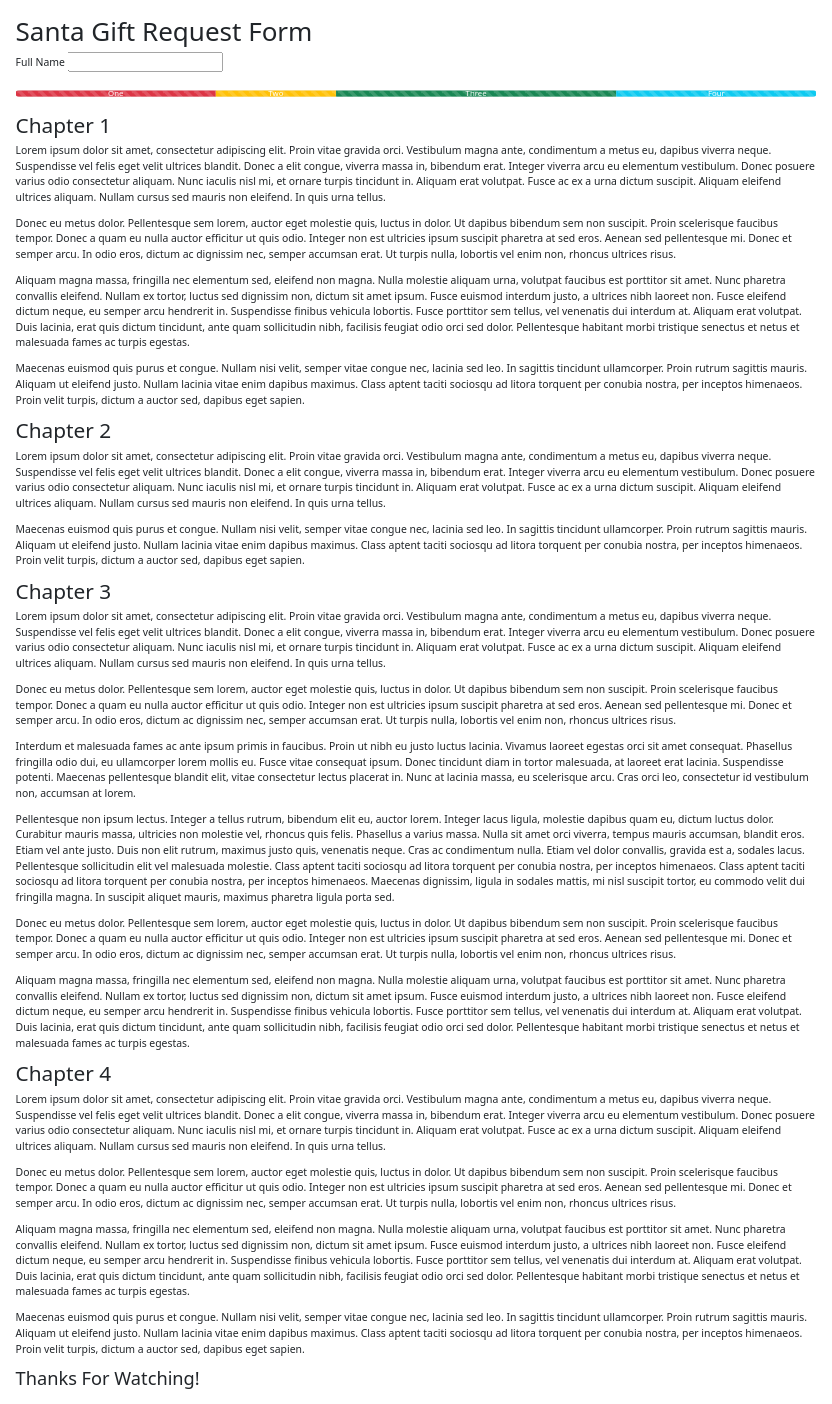
Repository: sarahlochhead/check-santas-list
Page: index.html
The author's editor kept a copy of each file at every save. The page is drawn from the files as they stood at one save, then again after the next save.
The browser window is 1280 px wide. The pictures show the whole page, at 65% of full size.

Above is the page before, as saved 2022-11-25 21:27:23.

After the next save:
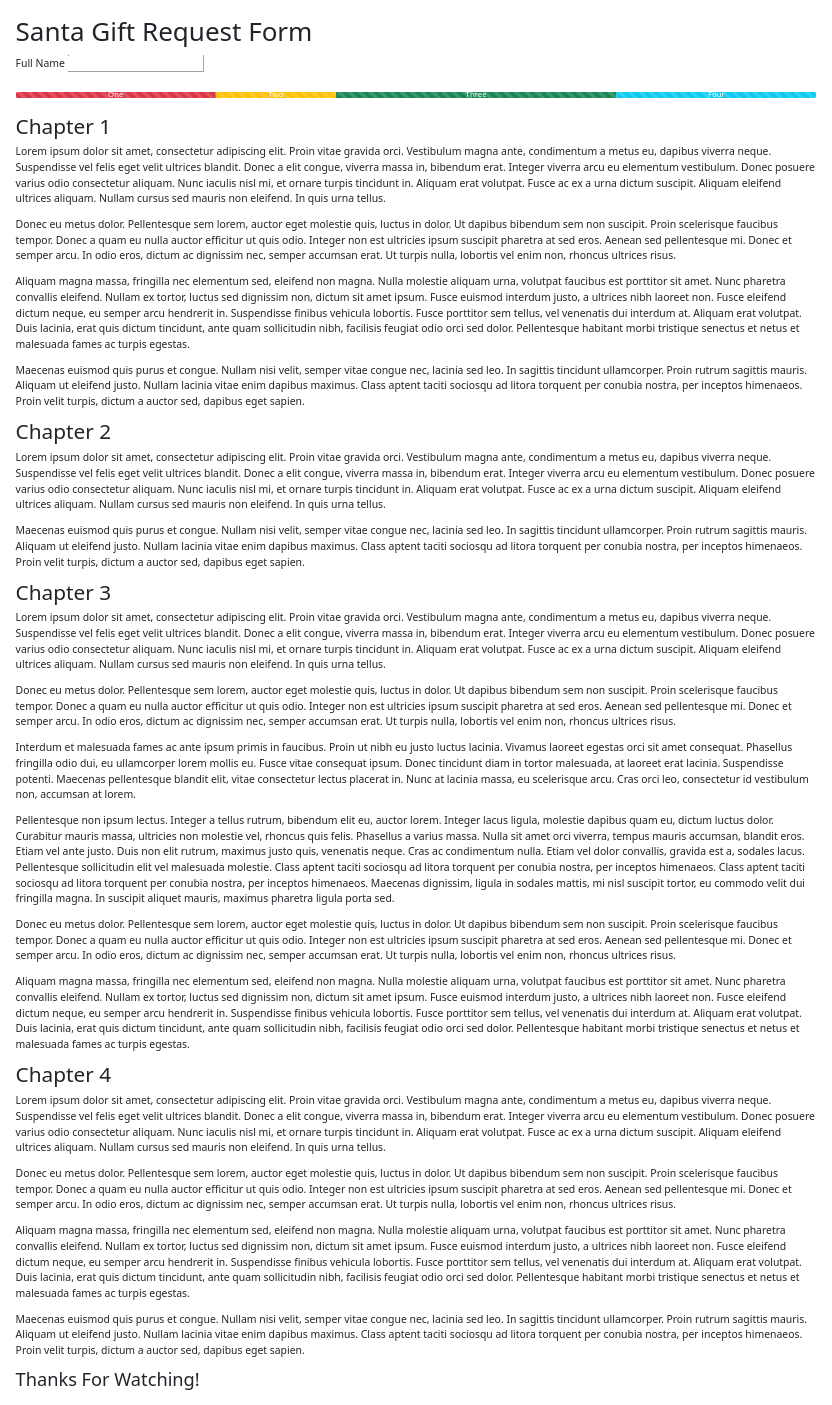
Saved 5 s later.
--- a/index.html
+++ b/index.html
@@ -15,7 +15,7 @@
 
         <form>
             <label for="fullName" class="form-label">Full Name</label>
-            <input type="text" class>
+            <input type="text" class="form-text">
 
 
         </form>
